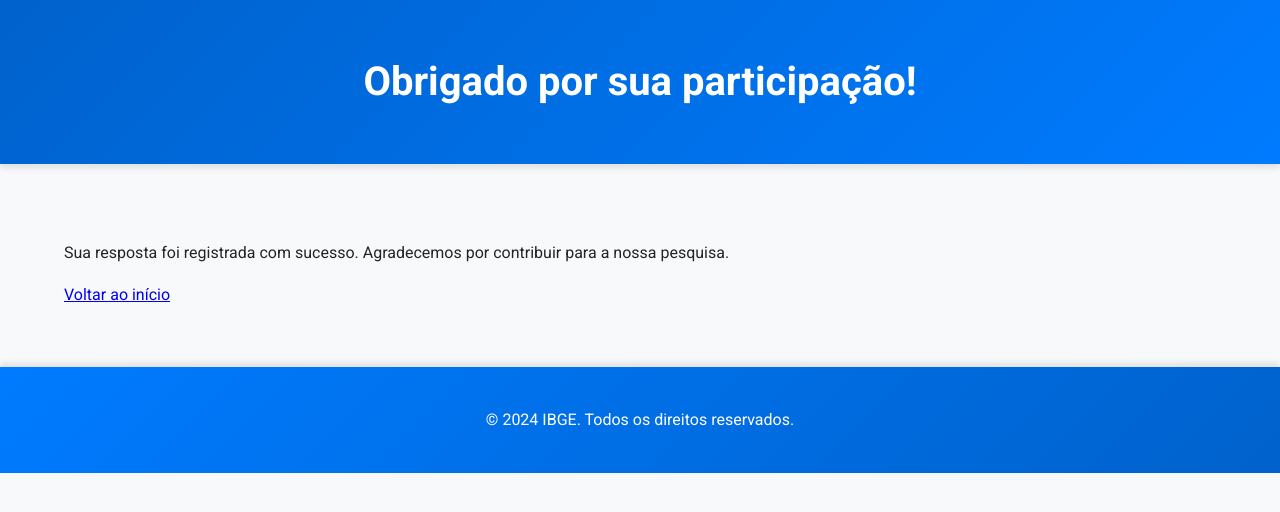
Repository: Gabrielb0rn/Projeto-Formul-rio.io
Page: agradecimento.html
The author's editor kept a copy of each file at every save. The page is drawn from the files as they stood at one save, then again after the next save.
The browser window is 1280 px wide. The pictures show the whole page.

Above is the page before, as saved 2024-07-07 11:14:37.

After the next save:
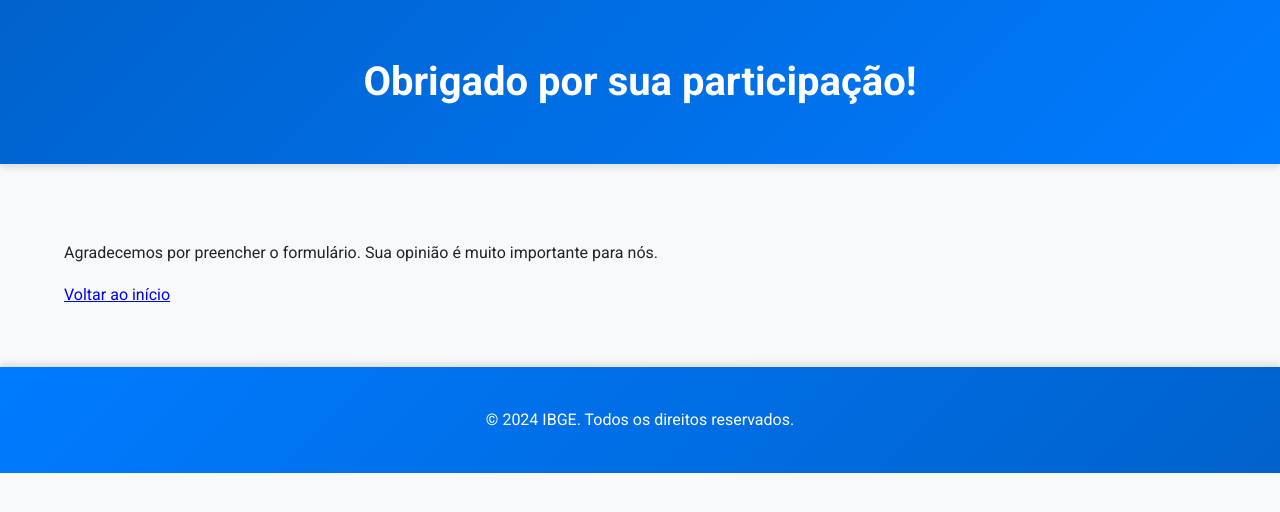
Saved 76 s later.
--- a/agradecimento.html
+++ b/agradecimento.html
@@ -14,8 +14,8 @@
     </header>
     <main>
         <div class="container">
-            <p>Sua resposta foi registrada com sucesso. Agradecemos por contribuir para a nossa pesquisa.</p>
-            <a href="index.html" class="button">Voltar ao início</a>
+            <p>Agradecemos por preencher o formulário. Sua opinião é muito importante para nós.</p>
+            <a href="index.html" class="btn">Voltar ao início</a>
         </div>
     </main>
     <footer>

After the save that followed:
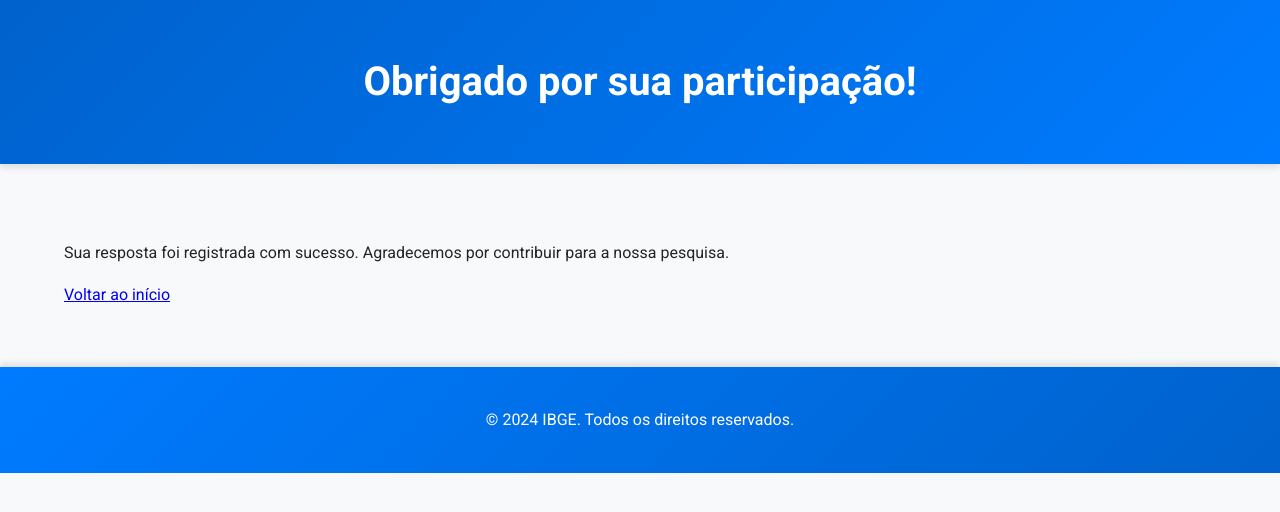
Saved 4 s later.
--- a/agradecimento.html
+++ b/agradecimento.html
@@ -14,8 +14,8 @@
     </header>
     <main>
         <div class="container">
-            <p>Agradecemos por preencher o formulário. Sua opinião é muito importante para nós.</p>
-            <a href="index.html" class="btn">Voltar ao início</a>
+            <p>Sua resposta foi registrada com sucesso. Agradecemos por contribuir para a nossa pesquisa.</p>
+            <a href="index.html" class="button">Voltar ao início</a>
         </div>
     </main>
     <footer>
